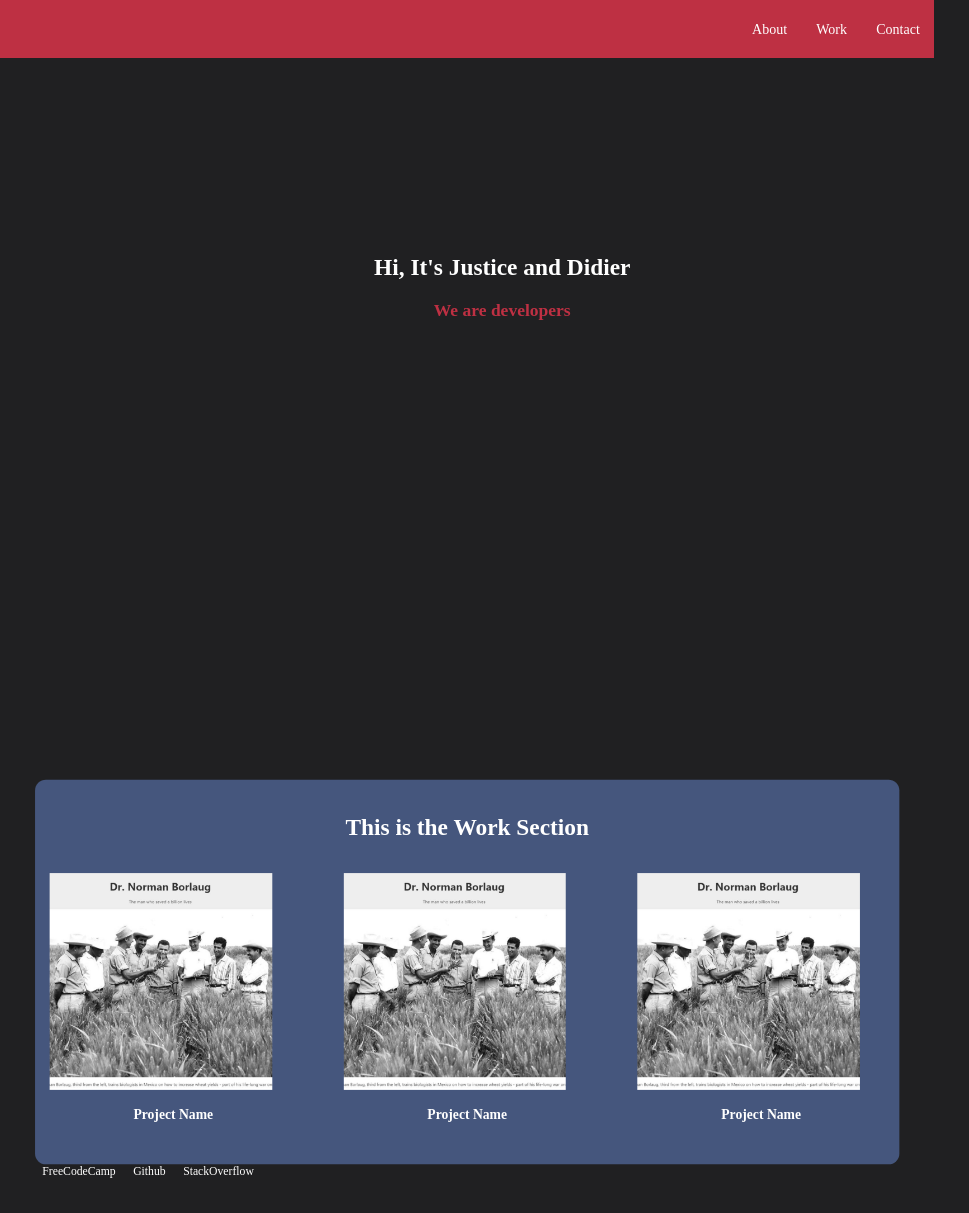
Repository: justicebhekani88/microverse_portfolio_project
Page: index.html
An editor plug-in stored every save of this project. The page is shown before and after the next save, followed by the edit.
The browser window is 1280 px wide. The page is 1328 px wide, so the pictures cover 1328 px, including what lies to the right of the window. The pictures show the whole page, at 73% of full size.

Above is the page before, as saved 2022-07-21 15:26:32.

### index.html
<!DOCTYPE html>
<html lang="en">

<head>
    <meta charset="UTF-8">
    <meta http-equiv="X-UA-Compatible" content="IE=edge">
    <meta name="viewport" content="width=device-width, initial-scale=1.0">
    <link rel="stylesheet" href="style.css">
    <title>Portfolio Project</title>
</head>

<body>
    <nav id="navbar">
        <ul id="nav-list">
            <li><a href="#welcome-section">About</a></li>
            <li><a href="#projects">Work</a></li>
            <li><a href="#contact">Contact</a></li>
        </ul>
    </nav>
    <div id="main">
        <section id="welcome-section">
            <div id="welcome-text">
                <h1>Hi, It's Justice and Didier</h1>
                <h2>We are developers</h2>
            </div>
        </section>
        <section id="projects">
            <h1>This is the Work Section</h1>
            <div id="projects-display">
            <div class="project-tile">
                <a href="">
                    <div>
                        <img src="project.png" alt="Project Image">
                        <h3>Project Name</h3>
                    </div>
                </a>
            </div>
            <div class="project-tile">
                <a href="">
                    <div>
                        <img src="project.png" alt="Project Image">
                        <h3>Project Name</h3>
                    </div>
                </a>
            </div>
            <div class="project-tile">
                <a href="">
                    <div>
                        <img src="project.png" alt="Project Image">
                        <h3>Project Name</h3>
                    </div>
                </a>
            </div>
            </div>
        </section>
        <section>
            <a href="#" id="profile-link" target="_blank">FreeCodeCamp</a>
            <a href="#" id="profile-link" target="_blank">Github</a>
            <a href="#" id="profile-link" target="_blank">StackOverflow</a>
        </section>
    </div>

</body>

</html>

### style.css
body {
    background-color: #202022;
    overflow-x: hidden;
}

nav {
    color: white;
    display: flex;
    justify-content: flex-end;
    position: fixed;
    top: 0;
    left: 0;
    width: 100%;
    background: #BE3043;
}

#nav-list {
    display: flex;
}

li,
a {
    list-style: none;
    color: white;
    padding: 10px;
    text-decoration: none;
}

#main {
    padding-left: 70px;
}

#welcome-section {
    width: 100vw;
    height: 100vh;
}

h1 {
    color: white;
    font-size: 2rem;
    text-align: center;
}

h2 {
    color: #BE3043;
    font-size: 1.5rem;
}

h3 {
    text-align: center;
}

#welcome-text {
    margin: 300px 30%;
    text-align: center;
}

#projects {
    background: #45567D;
    padding: 20px;
    border-radius: 15px;
}

#projects-display {
    display: grid;
    grid-template-columns: repeat(auto-fit, minmax(320px, 1fr));
    grid-gap: 4rem;
}

img {
    width: 90%
}

@media only screen and (min-width: 600px) {
    #main {
        padding: 10px;
    }
}

@media only screen and (min-width: 1280px) {
    #main {
        padding: 40px;
    }
    nav {
        font-size: larger;
    }
}

After the next save:
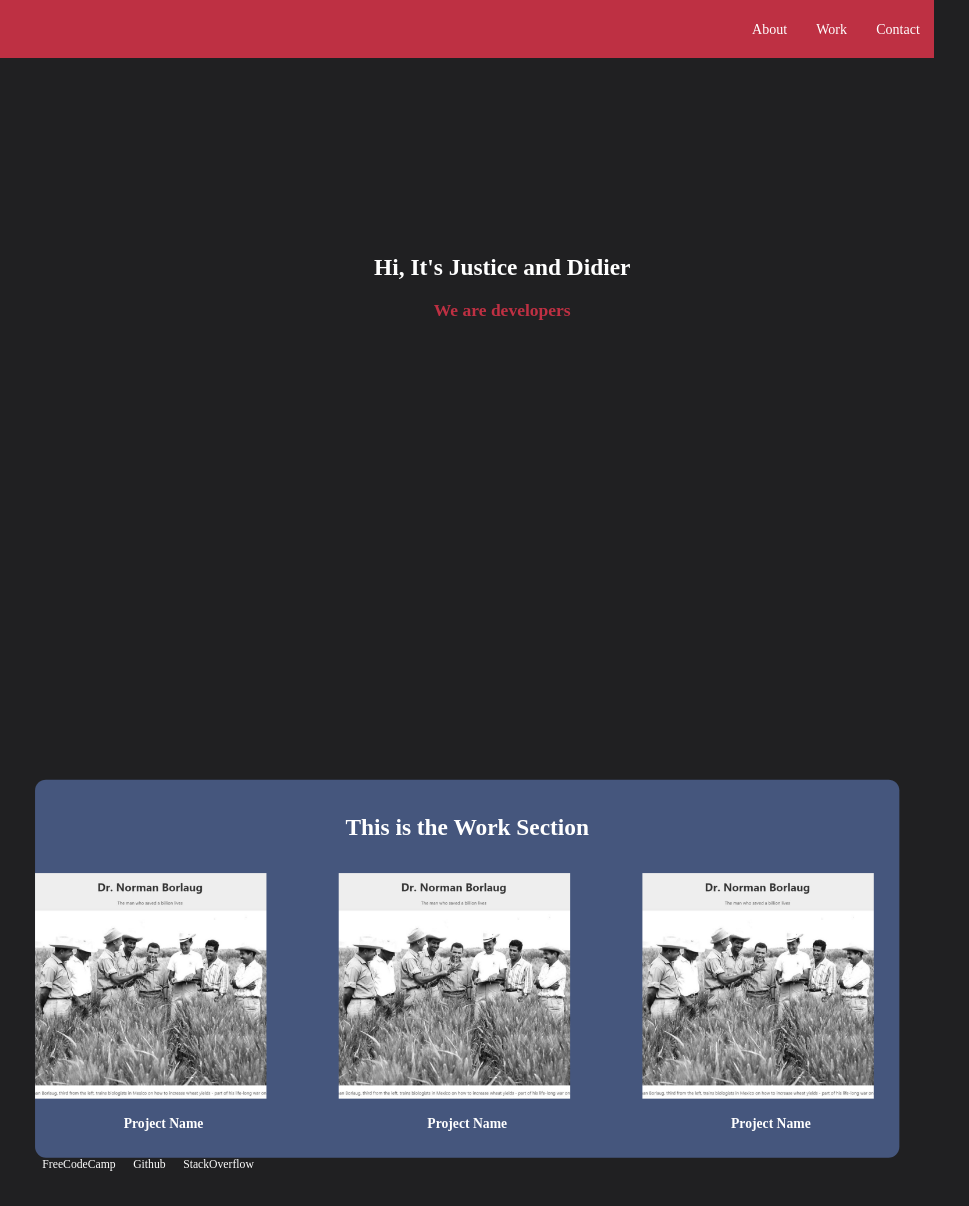
Saved 28 s later.
--- a/style.css
+++ b/style.css
@@ -57,7 +57,7 @@ h3 {
 
 #projects {
     background: #45567D;
-    padding: 20px;
+    padding-top: 20px;
     border-radius: 15px;
 }
 
